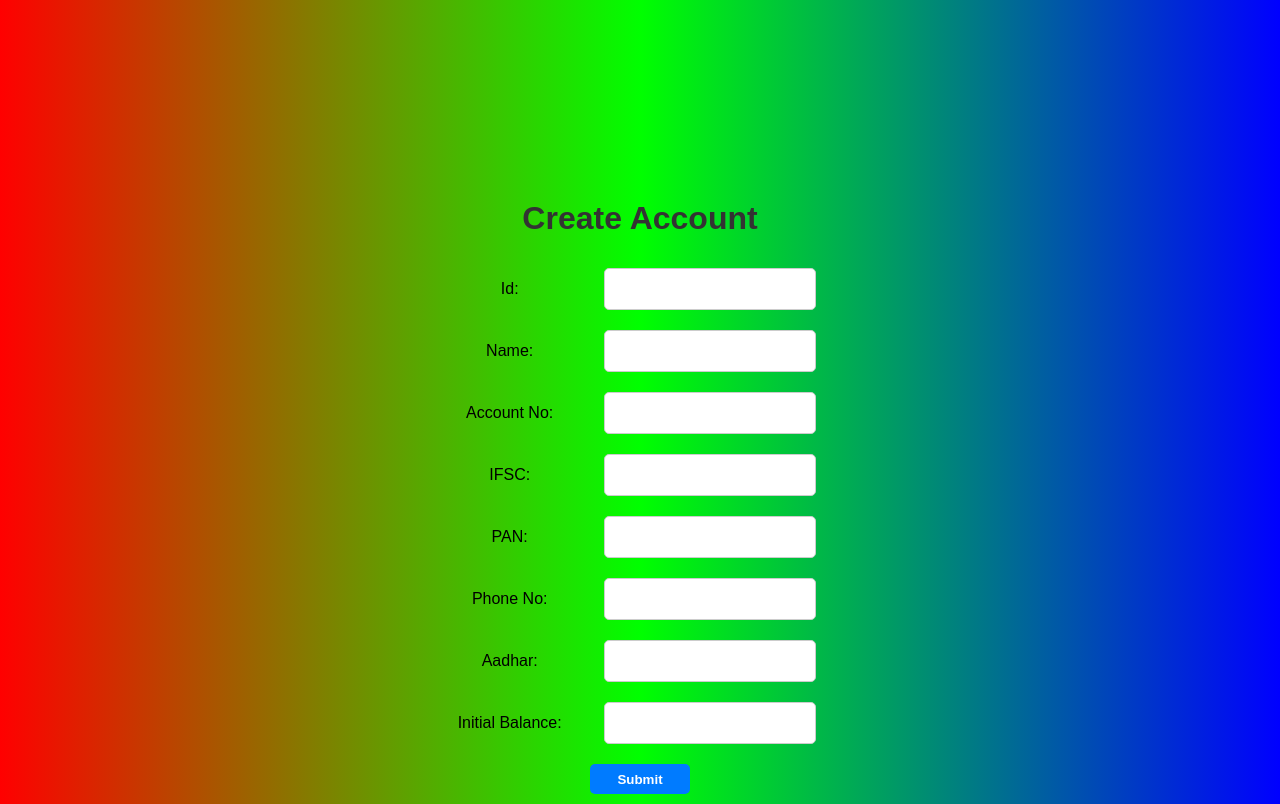
Repository: Surajkande2001/IGTSolution
Page: WebJSPProject1/src/main/webapp/Create.html
The author's editor kept a copy of each file at every save. The page is drawn from the files as they stood at one save, then again after the next save.
The browser window is 1280 px wide. The pictures show the whole page.

Above is the page before, as saved 2023-07-02 16:40:14.

### WebJSPProject1/src/main/webapp/Create.html
<!DOCTYPE html>
<html>

<head>
	<meta charset="ISO-8859-1">
	<title>Create Account</title>
	<style>
		body {
			background-image: linear-gradient(to right, #ff0000, #00ff00, #0000ff);


			font-family: Arial, sans-serif;
			margin: 0;
			padding: 0;
		}

		.container {
			text-align: center;
			margin-top: 200px;
		}

		h1 {
			color: #333333;
		}

		form {
			margin-top: 20px;
		}

		table {
			margin: 0 auto;
			border-collapse: collapse;
			width: 400px;
		}

		td {
			padding: 10px;
		}

		input[type="text"] {
			width: 200px;
			height: 30px;
			border-radius: 5px;
			border: 1px solid #cccccc;
			padding: 5px;
		}

		input[type="submit"] {
			width: 100px;
			height: 30px;
			border-radius: 5px;
			border: none;
			background-color: #007bff;
			color: #ffffff;
			font-weight: bold;
			cursor: pointer;
		}

		input[type="submit"]:hover {
			background-color: #0056b3;
		}
	</style>
</head>

<body>

	<div class="container">
		<h1>Create Account</h1>
		<form action="Create.jsp">
			<table>
				<tr>
					<td>Id:</td>
					<td><input type="text" name="id"></td>
				</tr>
				<tr>
					<td>Name:</td>
					<td><input type="text" name="name"></td>
				</tr>
				<tr>
					<td>Account No:</td>
					<td><input type="text" name="acc"></td>
				</tr>
				<tr>
					<td>IFSC:</td>
					<td><input type="text" name="ifsc"></td>
				</tr>
				<tr>
					<td>PAN:</td>
					<td><input type="text" name="pan"></td>
				</tr>
				<tr>
					<td>Phone No:</td>
					<td><input type="text" name="phn"></td>
				</tr>
				<tr>
					<td>Aadhar:</td>
					<td><input type="text" name="adr"></td>
				</tr>
				<tr>
					<td>Initial Balance:</td>
					<td><input type="text" name="inb"></td>
				</tr>
				<tr>
					<td colspan="2"><input type="submit" value="Submit"></td>
				</tr>
			</table>
		</form>
	</div>

</body>

</html>

After the next save:
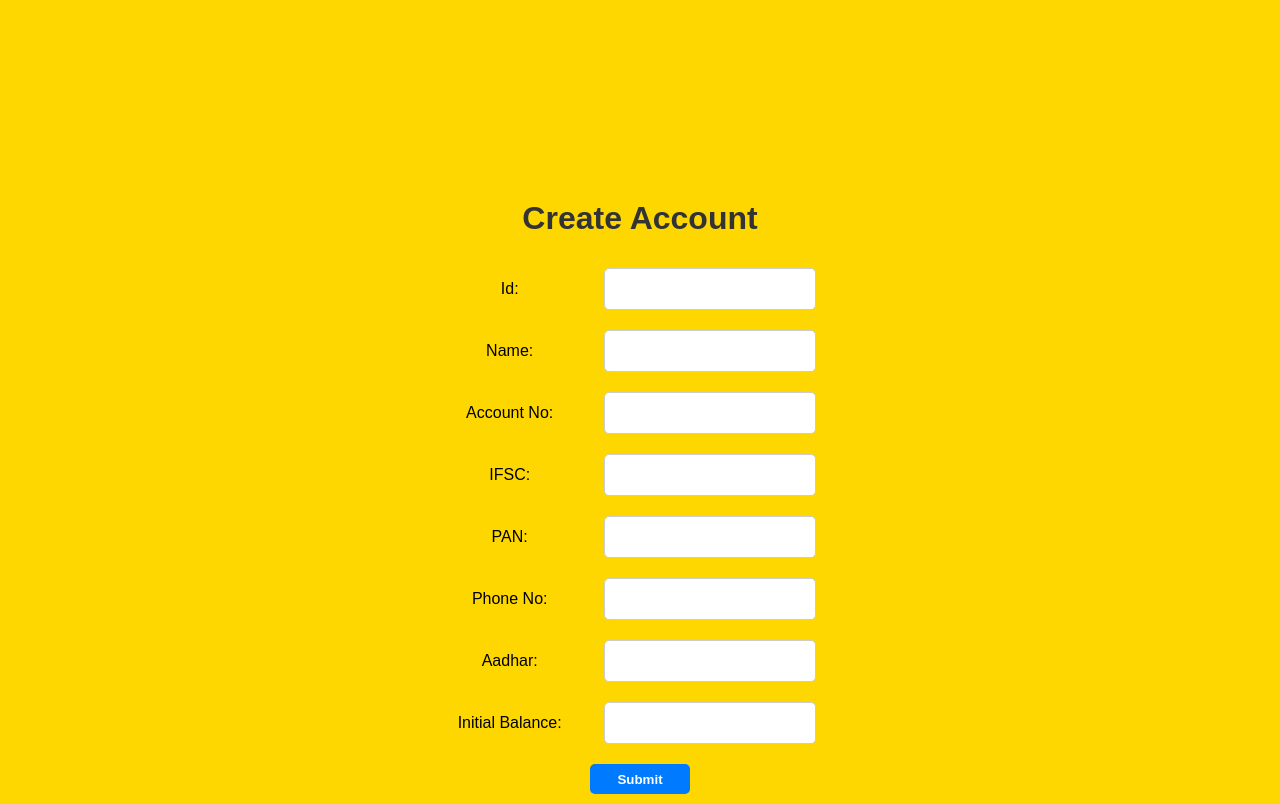
Saved 103 s later.
--- a/WebJSPProject1/src/main/webapp/Create.html
+++ b/WebJSPProject1/src/main/webapp/Create.html
@@ -6,7 +6,7 @@
 	<title>Create Account</title>
 	<style>
 		body {
-			background-image: linear-gradient(to right, #ff0000, #00ff00, #0000ff);
+			background-color: #FFD700;
 
 
 			font-family: Arial, sans-serif;
